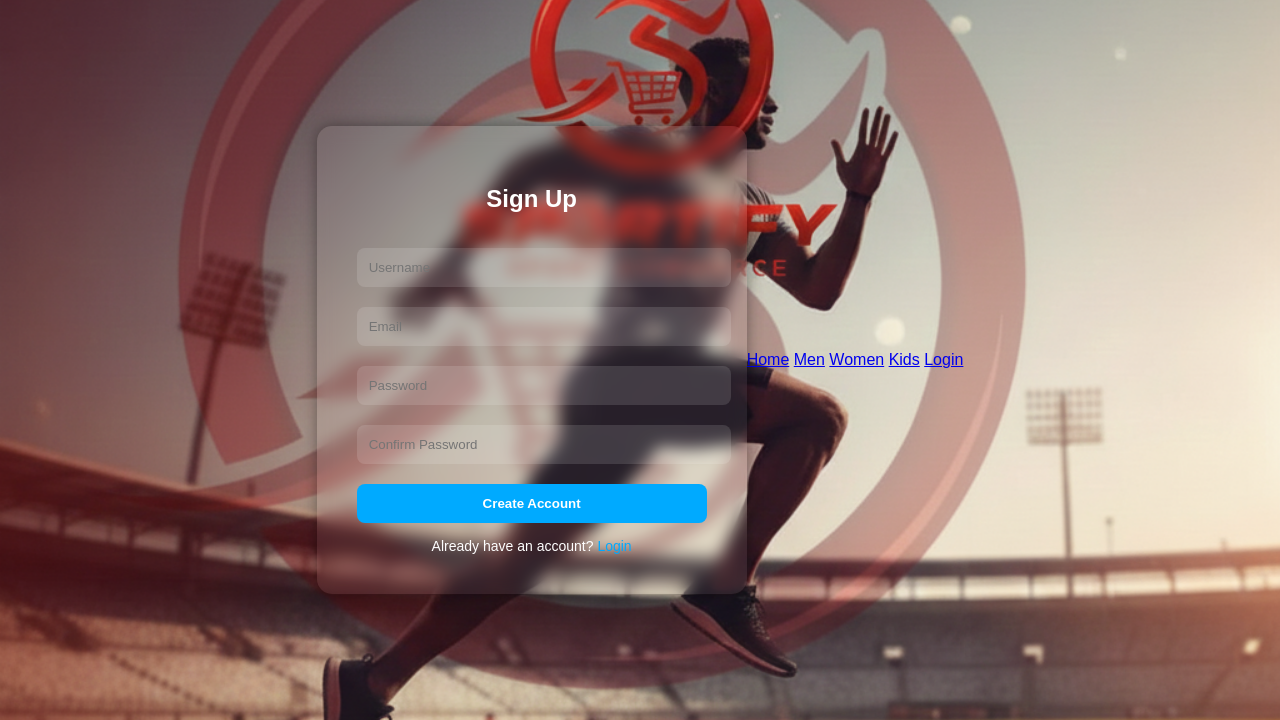
Repository: amro135/Sportify-Version-1
Page: index.html
These files come from the project's save history. The page is drawn as it stood at one moment and after the next save; the edit follows.
The browser window is 1280 px wide. The pictures show the whole page.

Above is the page before, as saved 2025-11-24 13:13:18.

### index.html
<!DOCTYPE html>
<html lang="en">
<head>
    <meta charset="UTF-8" />
    <meta name="viewport" content="width=device-width, initial-scale=1.0" />
    <title>Sportswear Store - Sign Up</title>

    <!-- =============== CSS STYLE =============== -->
    <style>
        /* Overall page styling */
        body {
            margin: 0;
            font-family: Arial, Helvetica, sans-serif; /* clean readable font */
            background: url(images/signup\ bg\ image.png) no-repeat center center/cover; /* background image */
            display: flex;
            justify-content: center;
            align-items: center;
            height: 100vh;
        }

        /* Main signup container */
        .signup-container {
            background: #ffffff10; /* transparent white for modern effect */
            padding: 40px;
            width: 350px;
            border-radius: 15px;
            backdrop-filter: blur(8px); /* glass effect */
            box-shadow: 0 0 15px rgba(0, 0, 0, 0.4);
            color: white;
        }

        /* Page title */
        h2 {
            text-align: center;
            margin-bottom: 25px;
            font-weight: bold;
        }

        /* Input fields */
        input {
            width: 100%;
            padding: 12px;
            margin: 10px 0;
            border: none;
            border-radius: 8px;
            background: #ffffff20;
            color: white;
            outline: none;
        }

        /* Signup button */
        .btn-signup {
            width: 100%;
            padding: 12px;
            background: #00aaff;
            border: none;
            color: white;
            font-weight: bold;
            border-radius: 8px;
            cursor: pointer;
            margin-top: 10px;
        }

        .btn-signup:hover {
            background: #0088cc;
        }

        /* Switch page text */
        .switch {
            margin-top: 15px;
            text-align: center;
            font-size: 14px;
        }

        .switch a {
            color: #00aaff;
            text-decoration: none;
        }

        .switch a:hover {
            text-decoration: underline;
        }
    </style>
</head>
<body>

    <!-- =============== SIGNUP BOX =============== -->
    <div class="signup-container">
        <h2>Sign Up</h2>

        <!-- Username -->
        <input type="text" id="signupUsername" placeholder="Username" />

        <!-- Email -->
        <input type="email" id="signupEmail" placeholder="Email" />

        <!-- Password -->
        <input type="password" id="signupPassword" placeholder="Password" />

        <!-- Confirm Password -->
        <input type="password" id="signupConfirm" placeholder="Confirm Password" />

        <!-- Signup button -->
        <button class="btn-signup" onclick="registerUser()">Create Account</button>

        <!-- Link back to login page -->
        <div class="switch">
            Already have an account? <a href="Login.html">Login</a>
        </div>
    </div>

    <!-- =============== JAVASCRIPT =============== -->
    <script>
        // Placeholder signup JS function
        function registerUser() {
            const username = document.getElementById("signupUsername").value;
            const email = document.getElementById("signupEmail").value;
            const password = document.getElementById("signupPassword").value;
            const confirm = document.getElementById("signupConfirm").value;

            if (password !== confirm) {
                alert("Passwords do not match!");
                return;
            }

            console.log("Signup info:", username, email, password);
            alert("Signup function triggered");
        }
    </script>

</body>
</html>
<body>
  <nav>
    <a href="index.html">Home</a>
    <a href="men.html">Men</a>
    <a href="women.html">Women</a>
    <a href="kids.html">Kids</a>
    <a href="Login.html">Login</a>
  </nav>

  <!-- Your existing content here -->
</body>

After the next save:
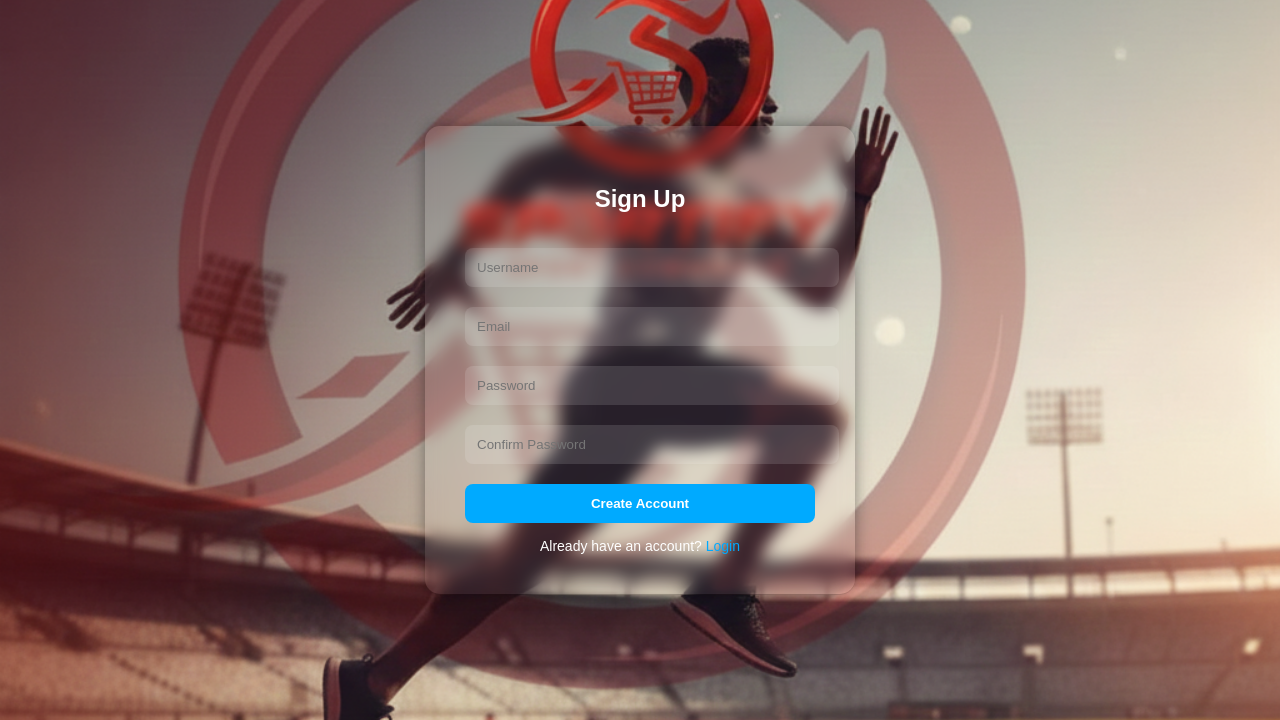
Saved 2 min 47 s later.
--- a/index.html
+++ b/index.html
@@ -130,14 +130,3 @@
 
 </body>
 </html>
-<body>
-  <nav>
-    <a href="index.html">Home</a>
-    <a href="men.html">Men</a>
-    <a href="women.html">Women</a>
-    <a href="kids.html">Kids</a>
-    <a href="Login.html">Login</a>
-  </nav>
-
-  <!-- Your existing content here -->
-</body>
